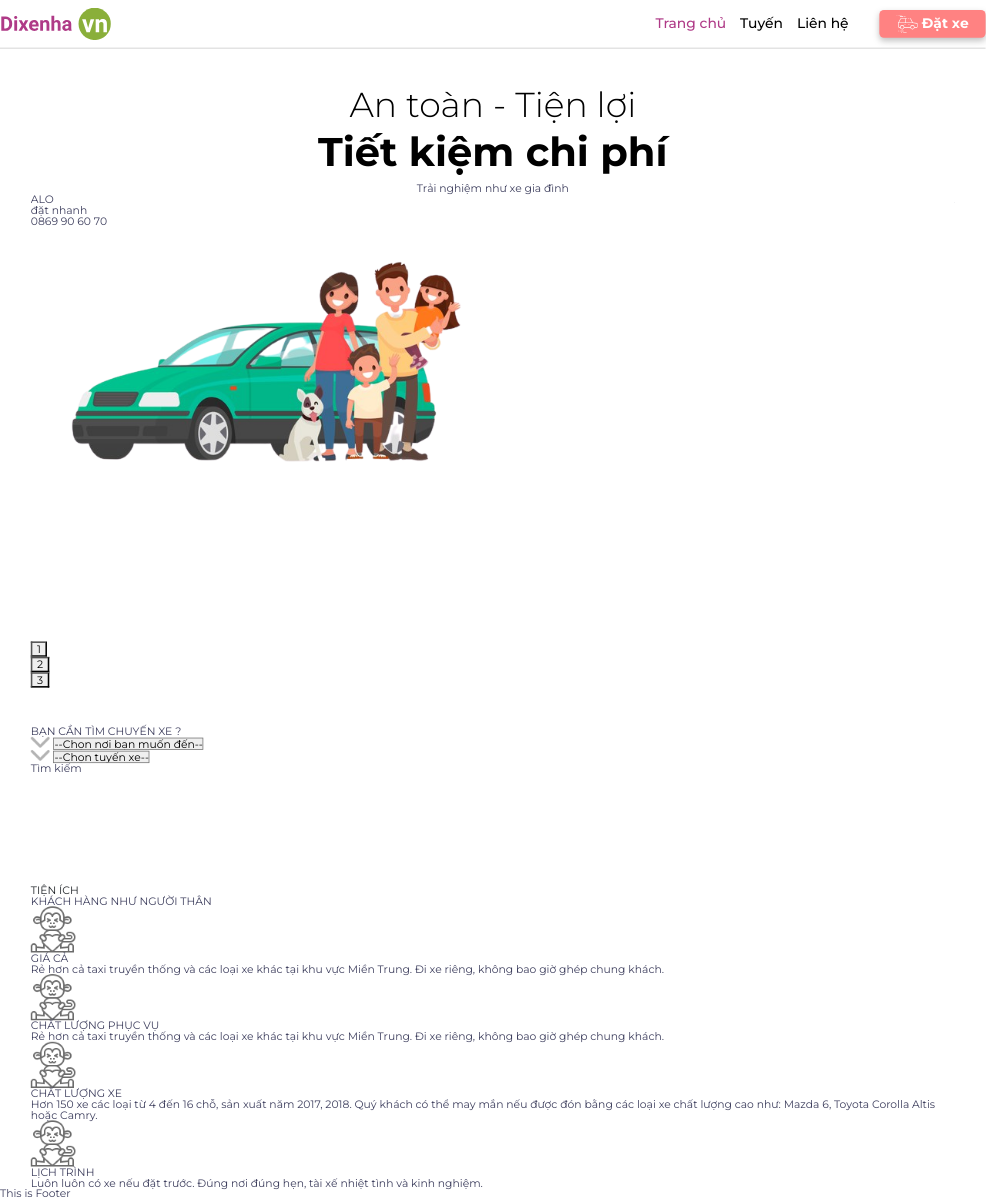
Repository: thanhthien0706/last_project--fe004
Page: lastProductF004/dist/index.html
The author's editor kept a copy of each file at every save. The page is drawn from the files as they stood at one save, then again after the next save.
The browser window is 1280 px wide. The pictures show the whole page, at 77% of full size.
Some web libraries are served in a nearby version. The style sheet was rebuilt from its Sass, Less or Tailwind sources for each picture, by a compiler version that may differ from the author's.

Above is the page before, as saved 2021-09-16 19:27:52.

### lastProductF004/dist/index.html
<html lang="vi">

<head>
  <!-- include head.html -->
  <title>Trang web cho thuê xe Đà Nẵng - Hội An</title>
<meta name="viewport" content="width=device-width, initial-scale=1, shrink-to-fit=no">
<meta http-equiv="Content-type" content="text/html;charset=UTF-8">

<!-- favicon -->
<link href="/images/favicon.ico" type="image/x-icon" rel="icon">
<!-- meta social -->
<meta name="twitter:card" content="" />
<meta name="twitter:site" content="" />
<meta name="twitter:creator" content="" />
<meta property="og:description" content="" />
<meta property="og:image" content="" />
<meta property="og:site_name" content="">
<meta property="og:title" content="" />
<meta property="og:type" content="">
<meta property="og:url" content="" />
<link rel="apple-touch-icon" sizes="180x180" href="/images/favicon/apple-touch-icon.png">
<link rel="icon" type="image/png" sizes="32x32" href="/images/favicon/favicon-32x32.png">
<link rel="icon" type="image/png" sizes="16x16" href="/images/favicon/favicon-16x16.png">

<link rel="manifest" href="/manifest.json">

<meta name="mobile-web-app-capable" content="yes">
<meta name="apple-mobile-web-app-capable" content="yes">
<meta name="application-name" content="Short name web app">
<meta name="apple-mobile-web-app-title" content="Short name web app">
<meta name="theme-color" content="#00a849">
<meta name="msapplication-navbutton-color" content="#00a849">
<meta name="apple-mobile-web-app-status-bar-style" content="black-translucent">
<meta name="msapplication-starturl" content="/">


  <!-- include styles.html -->
  <link href="https://fonts.googleapis.com/css?family=Roboto|Roboto+Condensed|Roboto+Mono|Roboto+Slab&display=swap"
    rel="stylesheet">
<link href="https://fonts.googleapis.com/icon?family=Material+Icons" rel="stylesheet">


<!-- boostrap -->
<link rel="stylesheet" href="https://stackpath.bootstrapcdn.com/bootstrap/4.4.1/css/bootstrap.min.css"
    integrity="sha384-Vkoo8x4CGsO3+Hhxv8T/Q5PaXtkKtu6ug5TOeNV6gBiFeWPGFN9MuhOf23Q9Ifjh" crossorigin="anonymous">
<link rel="stylesheet" href="https://use.fontawesome.com/releases/v5.8.2/css/all.css"
    integrity="sha384-oS3vJWv+0UjzBfQzYUhtDYW+Pj2yciDJxpsK1OYPAYjqT085Qq/1cq5FLXAZQ7Ay" crossorigin="anonymous">

<link rel="stylesheet" href="https://unpkg.com/swiper/swiper-bundle.css">
<link rel="stylesheet" href="https://unpkg.com/swiper/swiper-bundle.min.css">

<link href="https://unpkg.com/aos@2.3.1/dist/aos.css" rel="stylesheet">

<!-- build:css(.tmp) style/style.min.css -->
<!-- <link rel="stylesheet" type="text/css" media="screen" href="styles/main.scss"/> -->
<link rel="stylesheet" type="text/css" media="screen" href="css/main.css" />
<!-- endbuild -->
</head>

<body class="wrapper">
  <header class="main_header">
  <div class="container_edit">
    <div class="box_main_content">
      <div class="box_logo">
        <img src="../../images/logo.svg" alt="logo" class="img_logo">
      </div>
      <div class="box_main_menu">
        <ul class="lista_menu">
          <li class="item_list">
              <a href="#" class="active">Trang chủ</a>
          </li>
          <li class="item_list">
              <a href="#">Tuyến</a>
          </li>
          <li class="item_list">
              <a href="#">Liên hệ</a>
          </li>
        </ul>
        <a href="#" class="btn_dat_xe">
          <img src="images/icon/ic_car-1.svg" alt="">
          <span class="text">Đặt xe</span>
        </a>
      </div>
    </div>
  </div>

</header>

  <section>

    <section class="section_01">
      <div class="container_new_edit">
        <div class="box_main_slide">
          <!-- slide 1 -->
          <div class="box_content_slide">

            <div class="box_slogan">
              <p class="slogan_1">An toàn - Tiện lợi</p>
              <p class="slogan_2">Tiết kiệm chi phí</p>
              <p class="slogan_3"><span class="sp_slogan_1">Trải nghiệm</span> như xe <span class="sp_slogan_2">gia đình</span></p>
            </div>

            <div class="box_contact">
              <div class="box_icon">
                <div class="shape_1"></div>
                <div class="shape_2"></div>
                <p class="icon">ALO</p>
              </div>
              <div class="box_text">
                <p>đặt nhanh</p>
                <p class="sdt">
                  0869 90 60 70
                </p>
              </div>
            </div>

            <div class="box_img">
              <img src="images/bg/bg_image-1.png" alt="">
            </div>

          </div>

          <!-- slide 2 -->
          <div class="box_content_slide">

            <div class="box_slogan">
              <p class="slogan_1">An toàn - Tiện lợi</p>
              <p class="slogan_2">Tiết kiệm chi phí</p>
              <p class="slogan_3"><span class="sp_slogan_1">Trải nghiệm</span> như xe <span class="sp_slogan_2">gia đình</span></p>
            </div>

            <div class="box_contact">
              <div class="box_icon">
                <div class="shape_1"></div>
                <div class="shape_2"></div>
                <p class="icon">ALO</p>
              </div>
              <div class="box_text">
                <p>đặt nhanh</p>
                <p class="sdt">
                  0869 90 60 70
                </p>
              </div>
            </div>

            <div class="box_img">
              <img src="images/bg/bg_image-1.png" alt="">
            </div>

          </div>

          <!-- slide 3 -->
          <div class="box_content_slide">

            <div class="box_slogan">
              <p class="slogan_1">An toàn - Tiện lợi</p>
              <p class="slogan_2">Tiết kiệm chi phí</p>
              <p class="slogan_3"><span class="sp_slogan_1">Trải nghiệm</span> như xe <span class="sp_slogan_2">gia đình</span></p>
            </div>

            <div class="box_contact">
              <div class="box_icon">
                <div class="shape_1"></div>
                <div class="shape_2"></div>
                <p class="icon">ALO</p>
              </div>
              <div class="box_text">
                <p>đặt nhanh</p>
                <p class="sdt">
                  0869 90 60 70
                </p>
              </div>
            </div>

            <div class="box_img">
              <img src="images/bg/bg_image-1.png" alt="">
            </div>

          </div>

        </div>
      </div>
    </section>
    <section class="section_02">
      <div class="container_new_edit">
        <div class="row_edit">
          <div class="box_left">
            <p>BẠN CẦN TÌM CHUYẾN XE ?</p>
            <section class="section_list_sec">

              <div class="box_main--sec">
                <span class="arrow">
                  <img src="images/icon/ic_arrow--down.png" alt="">
                </span>
                <select name="" id="" class="select_main">
                  <option value="1">--Chọn nơi bạn muốn đến--</option>
                  <option value="1">Đà nẵng</option>
                  <option value="1">Nha Trang</option>
                  <option value="1">Huế</option>
                </select>
              </div>

              <div class="box_main--sec">
                <span class="arrow">
                  <img src="images/icon/ic_arrow--down.png" alt="">
                </span>
                <select name="" id="" class="select_main">
                  <option value="1">--Chọn tuyến xe--</option>
                  <option value="1">Tuyến 1</option>
                  <option value="1">Tuyến 2</option>
                  <option value="1">Tuyến 3</option>
                </select>
              </div>

              <a href="#" class="btn_search">Tìm kiếm</a>
            </section>
          </div>
          <div class="box_right">
            <img src="images/bg/bg_img-2.svg" alt="">
          </div>
        </div>
      </div>
    </section>
    <section class="section_03">
      <div class="container_new_edit">
        <div class="box_header">
          <span>TIỆN ÍCH</span>
          <h2>KHÁCH HÀNG NHƯ NGƯỜI THÂN</h2>
        </div>
        <div class="box_tien-ich_main">
          <div class="box_grid">
            <div class="item_grid">
              <div class="box_conten">
                <div class="box_logo">
                  <img src="images/icon/ic_monkey.png" alt="">
                </div>
                <div class="box_text--main">
                  <h2>GIÁ CẢ</h2>
                  <p>
                    Rẻ hơn cả taxi truyền thống và các loại xe khác tại khu vực Miền Trung.
                    Đi xe riêng, không bao giờ ghép chung khách.
                  </p>
                </div>
              </div>
            </div>
            <div class="item_grid">
              <div class="box_conten">
                <div class="box_logo">
                  <img src="images/icon/ic_monkey.png" alt="">
                </div>
                <div class="box_text--main">
                  <h2>CHẤT LƯỢNG PHỤC VỤ</h2>
                  <p>
                    Rẻ hơn cả taxi truyền thống và các loại xe khác tại khu vực Miền Trung.
                    Đi xe riêng, không bao giờ ghép chung khách.
                  </p>
                </div>
              </div>
            </div>
            <div class="item_grid">
              <div class="box_conten">
                <div class="box_logo">
                  <img src="images/icon/ic_monkey.png" alt="">
                </div>
                <div class="box_text--main">
                  <h2>CHẤT LƯỢNG XE</h2>
                  <p>
                    Hơn 150 xe các loại từ 4 đến 16 chỗ, sản xuất năm 2017, 2018.
                    Quý khách có thể may mắn nếu được đón bằng các loại xe chất lượng cao
                    như: Mazda 6, Toyota Corolla Altis hoặc Camry.
                  </p>
                </div>
              </div>
            </div>
            <div class="item_grid">
              <div class="box_conten">
                <div class="box_logo">
                  <img src="images/icon/ic_monkey.png" alt="">
                </div>
                <div class="box_text--main">
                  <h2>LỊCH TRÌNH</h2>
                  <p>
                    Luôn luôn có xe nếu đặt trước.
                    Đúng nơi đúng hẹn, tài xế nhiệt tình và kinh nghiệm.
                  </p>
                </div>
              </div>
            </div>
          </div>
        </div>
      </div>
    </section>

  </section>
  <footer class="main_footer">
        <h1>This is Footer</h1>
</footer>

  <!-- include scripts.html -->
  <!-- boostrap -->
<script src="https://ajax.googleapis.com/ajax/libs/jquery/3.4.1/jquery.min.js"></script>
<!-- <script src="https://code.jquery.com/jquery-3.3.1.slim.min.js"
        integrity="sha384-q8i/X+965DzO0rT7abK41JStQIAqVgRVzpbzo5smXKp4YfRvH+8abtTE1Pi6jizo"
        crossorigin="anonymous"></script> -->
<script src="https://cdnjs.cloudflare.com/ajax/libs/popper.js/1.14.7/umd/popper.min.js"
        integrity="sha384-UO2eT0CpHqdSJQ6hJty5KVphtPhzWj9WO1clHTMGa3JDZwrnQq4sF86dIHNDz0W1"
        crossorigin="anonymous"></script>
<script src="https://stackpath.bootstrapcdn.com/bootstrap/4.3.1/js/bootstrap.min.js"
        integrity="sha384-JjSmVgyd0p3pXB1rRibZUAYoIIy6OrQ6VrjIEaFf/nJGzIxFDsf4x0xIM+B07jRM"
        crossorigin="anonymous"></script>



<!-- build:js script/script.min.js -->
<script type="text/javascript" src="js/slick.js"></script>
<script type="text/javascript" src="js/script.js"></script>
<!-- endbuild -->

<script src="https://unpkg.com/aos@2.3.1/dist/aos.js"></script>
</body>

</html>

### lastProductF004/src/styles/main.scss
// ----------------------------------------------------------------------
// Font
// ----------------------------------------------------------------------
@import url('https://fonts.googleapis.com/css?family=Roboto:300,400,500,700,900&subset=vietnamese');
@import url('https://cdnjs.cloudflare.com/ajax/libs/font-awesome/5.15.1/css/all.min.css');
// ----------------------------------------------------------------------
// Base
// ----------------------------------------------------------------------
@import "base/reset";
@import "base/fonts";
@import "base/base";

// ----------------------------------------------------------------------
// Layout
// ----------------------------------------------------------------------
@import "layout/slick";
@import "layout/global";
@import "layout/keyframes";
@import "layout/header";
@import "layout/footer";

// ----------------------------------------------------------------------
// Pages
// ----------------------------------------------------------------------
@import "pages/homepage";

### lastProductF004/src/styles/base/_fonts.scss
@import url('https://fonts.googleapis.com/css2?family=Montserrat:wght@100;200;300;400;500;600;700;800;900&display=swap');
// font-family: 'Montserrat', sans-serif;

### lastProductF004/src/styles/layout/_global.scss
// =====================================================================
// COLOR
// =====================================================================

$col1: #f89612;

// =====================================================================
// KEYFRAME
// =====================================================================

$font-size: 16;

body {
    font-family: 'Montserrat', sans-serif;
    font-size: 14px;
}

.container_big {
    width: 100%;
    max-width: 1600px;
    max-width: 1366px;
    margin: 0 auto;
    @include tran_slow_03();

    @include maxWidth(1600px) {
        max-width: 1360px;
    }

    @include maxWidth(1366px) {
        max-width: 1200px;
    }

    @include maxWidth(1200px) {
        max-width: 1170px;
        max-width: 95%;

    }
}

.wrapper {
    position: relative;
}

.box_bcrum {
    margin-top: 20px;
    margin-bottom: 20px;

    ul {
        &::after {
            @include clear_fix();
        }

        li {
            margin-right: 10px;
            display: inline-flex;
            flex-direction: row;
            align-items: center;
            display: inline;
            line-height: 1.3;


            &.home {
                a {
                    &::before {
                        position: relative;
                        bottom: 0;
                        content: '';
                        height: 14px;
                        width: 14px;
                        display: inline-flex;
                        background-image: url('../images/icon/home.png');
                        background-color: transparent;
                        background-position: center;
                        background-repeat: no-repeat;
                        background-size: contain;
                    }
                }
            }

            &:last-child {
                margin-right: 0;
            }

            a {
                text-decoration: none;
                outline: none;
                position: relative;

                &::before {
                    position: relative;
                    bottom: 2px;
                    margin-right: 5px;
                    content: '';
                    height: 4px;
                    width: 4px;
                    display: inline-flex;
                    @include borderRadius(50%);
                    background-color: $col1;
                }
            }

            .txt_crumb {
                font-size: 14px;
                font-weight: normal;
                color: #000;

                &::before {
                    position: relative;
                    bottom: 2px;
                    margin-right: 5px;
                    content: '';
                    height: 4px;
                    width: 4px;
                    display: inline-flex;
                    @include borderRadius(50%);
                    background-color: $col1;
                }
            }
        }
    }
}

.main_footer {
    position: relative;

    .go_top {
        cursor: pointer;
        position: absolute;
        right: 3%;
        top: -100px;
        height: 80px;
        width: 80px;
        background-image: url('../images/icon/gotop.png');
        background-position: center;
        background-repeat: no-repeat;
        background-size: contain;
        z-index: 991;
        @include tran_slow_03();

        @include maxWidth(1024px) {
            right: 5px;
            height: 60px;
            width: 60px;
        }

        @include maxWidth(480px) {
            top: -40px;
            height: 40px;
            width: 40px;
        }
    }
}


.row_tour {
    display: flex;
    flex-direction: row;
    margin-left: -15px;
    margin-right: -15px;
    @include tran_slow_03();

    @include maxWidth(480px) {
        margin-left: 0;
        margin-right: 0;
    }

    .item_row {
        padding-right: 15px;
        padding-left: 15px;
        @include tran_slow_03();

        @include maxWidth(480px) {
            padding-right: 0;
            padding-left: 0;
        }
    }
}

@mixin transition_slow($times) {
    -webkit-transition: all $times ease-in-out 0s;
    -o-transition: all $times ease-in-out 0s;
    transition: all $times ease-in-out 0s;
}

@mixin  font_size($value) {
    font-size: $value/$font-size + rem;
}

### lastProductF004/src/styles/layout/_keyframes.scss
@include keyframes(faderighttoleft) {
    from {
        opacity: 0;
        right: -50px;
    }

    to {
        opacity: 1;
        right: 0;
    }
}

@include keyframes(face_text_slide) {
    from {
        opacity: 0;
        top: 20px;
    }

    to {
        opacity: 1;
        top: 0;
    }
}
@include keyframes(showcar_home) {
    from {
        opacity: 0;
        visibility: hidden;
        bottom: -10px;
    }

    to {
        opacity: 1;
        visibility: visible;
        bottom: 0;
    }
}

@include keyframes(showcar) {
    from {
        opacity: 0;
        visibility: hidden;
        bottom: -10px;
    }

    to {
        opacity: 1;
        visibility: visible;
        bottom: -24px;
    }
}

@include keyframes(xoayphone) {
    0% {
        @include xoay(-45deg);
    }

    50% {
        @include xoay(25deg);
    }

    100% {
        @include xoay(0deg);
    }
}

@include keyframes(onloadtabs) {
    from {
        opacity: 0;
        visibility: hidden;
        left: -10px;
    }

    to {
        opacity: 1;
        visibility: visible;
        left: 0;
    }
}

@include keyframes(showhomecar) {
    from {
        opacity: 0;
        visibility: hidden;
        min-height: 0;
        bottom: -20px;
    }

    to {
        opacity: 1;
        visibility: visible;
        min-height: 240px;
        bottom: 0;
    }
}

### lastProductF004/src/styles/layout/_header.scss
.container_edit{
    max-width: 1360px;
    width: 100%;
    margin: 0 auto;
}

.main_header{
    padding: 10px 0;
    background-color: #fff;
    border-bottom: 1px solid rgba(0, 0, 0, 0.22);
    .box_main_content{
        display: flex;
        flex-direction: row;
        justify-content: space-between;
        align-items: center;
        .box_logo{
            img{
                width: auto;
                height: 42px;
                object-fit: cover;
            }
        }
        .box_main_menu{
            display: flex;
            flex-direction: row;
            justify-self: center;
            align-items: center;
            .lista_menu{
                display: flex;
                flex-direction: row;
                justify-content: space-between;
                align-items: center;
                margin-right: 40px;
                .item_list{
                    margin-right:18px;
                    a{
                        font-size:18px;
                        color:#000;
                        font-weight: 500;
                        text-decoration: none;
                        transition: 0.5s;
                        &.active{
                            color:#AF3A87;
                        }
                        &:hover{
                            color:#AF3A87;
                        }
                    }
                    &:last-child{
                        margin-right:0;
                    }
                }
            }
            .btn_dat_xe{
                display: flex;
                flex-direction: row;
                justify-content: space-between;
                align-items: center;
                padding: 6px 22px;
                background-color: #FF8282;
                border-radius: 6px;
                text-decoration: none;
                filter: drop-shadow(0px 4px 4px rgba(0, 0, 0, 0.25));
                transition: 0.5s;
                &:hover{
                    opacity: 0.8;
                }
                img{
                    margin-right: 5px;
                }
                span{
                    font-size:18px;
                    color:#fff;
                    font-weight: bold;
                }
            }
        }
    }
}

### lastProductF004/src/styles/pages/_homepage.scss
html {
    scroll-behavior: smooth;
}

.container_new_edit{
    max-width: 1200px;
    width: 100%;
    margin: 0 auto;
}

.section_01{
    min-height:500px;
    padding: 50px 0;
    // width: 100%;
    .box_main_slide{
        .box_content_slide{
            .box_slogan{
                display: flex;
                flex-direction: column;
                justify-content: center;
                align-items: center;
                .slogan_1{
                    @include font_size(45);
                    font-weight: 300;
                    color: #000;
                    margin-bottom: 14px;
                    text-align: end ;
                }
                .slogan_2{
                    @include font_size(52);
                    font-weight: bold;
                    color: #000;
                    margin-bottom: 14px;
                }
            }
        }
    }
}

Loaded but not shown: lastProductF004/dist/js/slick.js (library); lastProductF004/src/styles/base/_reset.scss (common file); lastProductF004/src/styles/layout/_slick.scss (common file); lastProductF004/dist/js/script.js (13 lines, source omitted); lastProductF004/src/styles/base/_base.scss (976 lines, source omitted); lastProductF004/src/styles/layout/_footer.scss (no stored copy; drawn as an empty file)

After the next save:
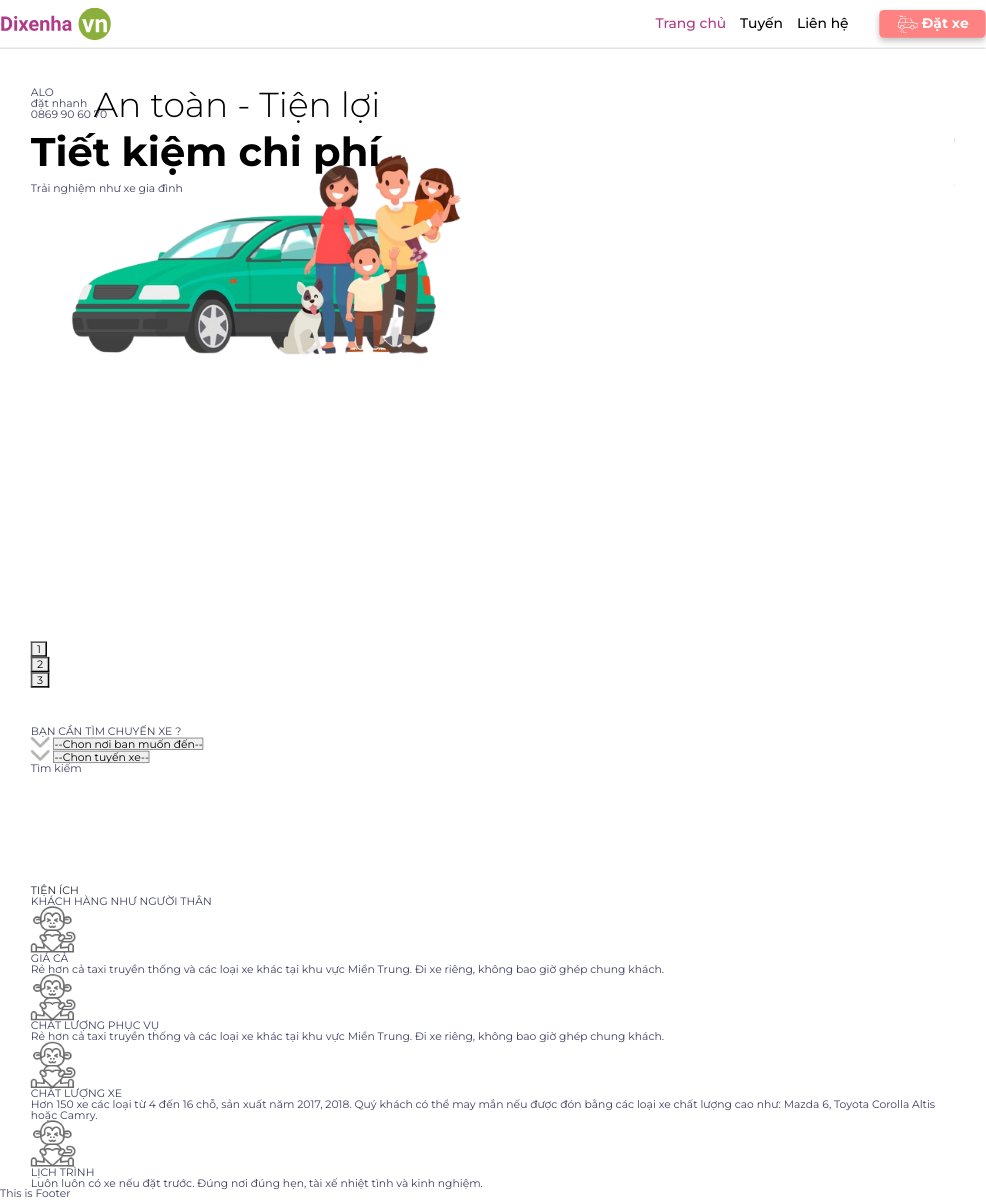
Saved 74 s later.
--- a/lastProductF004/src/styles/pages/_homepage.scss
+++ b/lastProductF004/src/styles/pages/_homepage.scss
@@ -14,11 +14,9 @@ html {
     // width: 100%;
     .box_main_slide{
         .box_content_slide{
+            position: relative;
             .box_slogan{
-                display: flex;
-                flex-direction: column;
-                justify-content: center;
-                align-items: center;
+                position: absolute;
                 .slogan_1{
                     @include font_size(45);
                     font-weight: 300;
